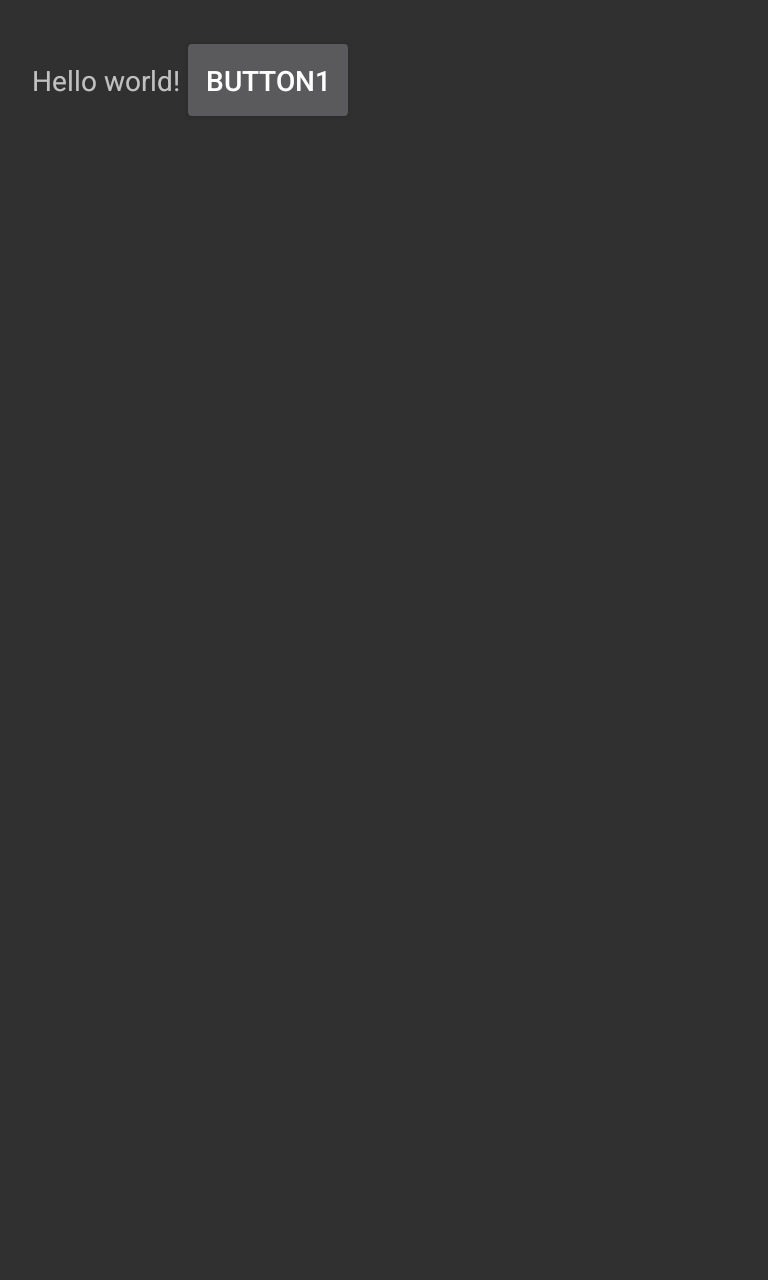
Repository: CarathrynBeutel/CSCI-448
Layout: Project 2/workspace/TicTacToe/res/layout/activity_main.xml
An editor plug-in stored every save of this project. The layout is shown before and after the next save, followed by the edit.
It is drawn on a 768 x 1280 px phone screen (xhdpi) without system bars, with theme Theme.AppCompat; the app's code is not run.

Above is the layout before, as saved 2015-03-29 18:39:19.

### Project 2/workspace/TicTacToe/res/layout/activity_main.xml
<LinearLayout xmlns:android="http://schemas.android.com/apk/res/android"
    xmlns:tools="http://schemas.android.com/tools"
    android:layout_width="match_parent"
    android:layout_height="match_parent"
    android:paddingBottom="@dimen/activity_vertical_margin"
    android:paddingLeft="@dimen/activity_horizontal_margin"
    android:paddingRight="@dimen/activity_horizontal_margin"
    android:paddingTop="@dimen/activity_vertical_margin"
    tools:context="com.example.tictactoe.MainActivity" >

    <TextView
        android:layout_width="wrap_content"
        android:layout_height="wrap_content"
        android:text="@string/hello_world" />

    <Button android:id="@+id/button1"
        android:layout_width="wrap_content"
        android:layout_height="wrap_content"
        android:text="@string/button1"/>

</LinearLayout>

### Project 2/workspace/TicTacToe/res/values/strings.xml
<?xml version="1.0" encoding="utf-8"?>
<resources>

    <string name="app_name">TicTacToe</string>
    <string name="hello_world">Hello world!</string>
    <string name="action_settings">Settings</string>
    <string name="button1">button1</string>

</resources>

Loaded but not shown: Project 2/workspace/TicTacToe/res/values/dimens.xml (common file); Project 2/workspace/TicTacToe/res/values-w820dp/dimens.xml (common file)

After the next save:
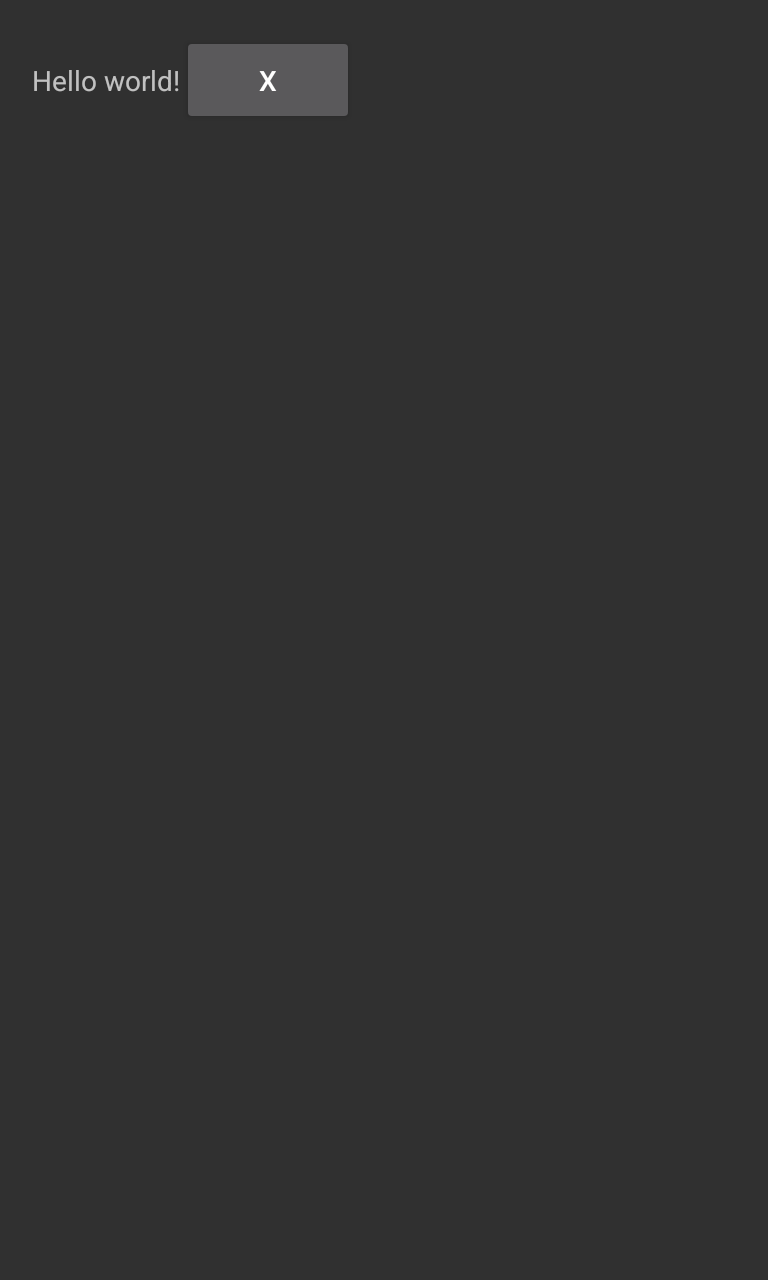
Saved 71 s later.
--- a/Project 2/workspace/TicTacToe/res/layout/activity_main.xml
+++ b/Project 2/workspace/TicTacToe/res/layout/activity_main.xml
@@ -16,6 +16,6 @@
     <Button android:id="@+id/button1"
         android:layout_width="wrap_content"
         android:layout_height="wrap_content"
-        android:text="@string/button1"/>
+        android:text="x"/>
 
 </LinearLayout>
